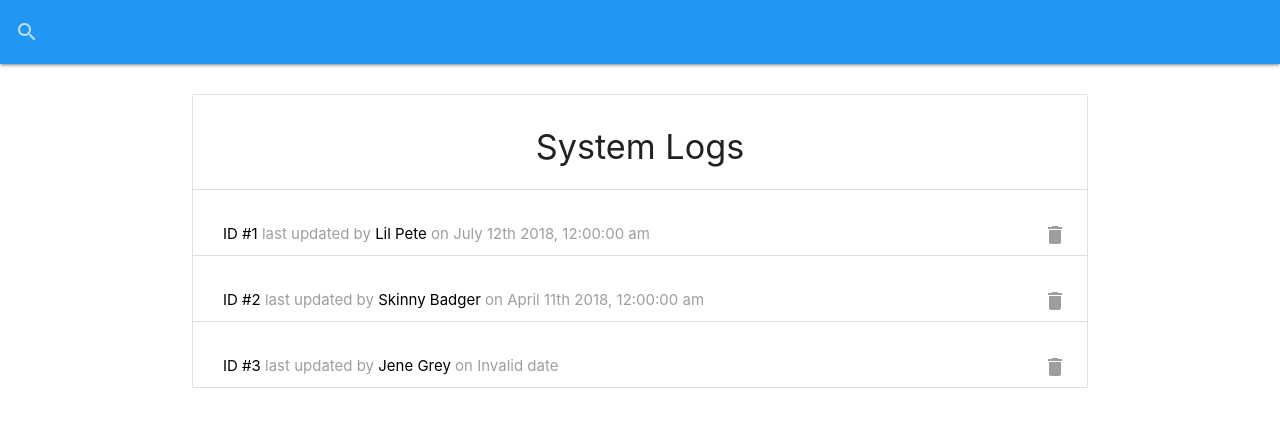
Repository: chinmayparab/log-keeper
Page: /
These files come from the project's save history. The page is drawn as it stood at one moment and after the next save; the edit follows.
The browser window is 1280 px wide. The pictures show the whole page.
The project was rebuilt for these pictures with package versions that can differ from the ones it lists, and the page was loaded fresh each time. Requests to the local data server were answered from the project's data file. Also part of the build but not shown: src/App.css.

Above is the page before, as saved 2020-06-27 00:47:58.

### public/index.html
<!DOCTYPE html>
<html lang="en">
  <head>
    <meta charset="utf-8" />
    <link rel="icon" href="%PUBLIC_URL%/favicon.ico" />
    <meta name="viewport" content="width=device-width, initial-scale=1" />
    <meta name="theme-color" content="#000000" />
    <meta
      name="description"
      content="Web site created using create-react-app"
    />
    <link rel="apple-touch-icon" href="%PUBLIC_URL%/logo192.png" />
    <link
      href="https://fonts.googleapis.com/icon?family=Material+Icons"
      rel="stylesheet"
    />
    <link rel="manifest" href="%PUBLIC_URL%/manifest.json" />
    <title>System Logger</title>
  </head>
  <body>
    <noscript>You need to enable JavaScript to run this app.</noscript>
    <div id="root"></div>
  </body>
</html>

### src/App.js
import React, { Fragment, useEffect } from "react";
import SearchBar from "./components/layout/SearchBar";
import Logs from "./components/logs/Logs";
import "materialize-css/dist/css/materialize.min.css";
import M from "materialize-css/dist/js/materialize.min.js";
import "./App.css";

const App = () => {
  useEffect(() => {
    M.AutoInit();
  });

  return (
    <Fragment>
      <SearchBar />
      <div className='container'>
        <Logs />
      </div>
    </Fragment>
  );
};

export default App;

### src/components/layout/SearchBar.js
import React from "react";

const SearchBar = () => {
  return (
    <nav style={{ marginBottom: "30px" }} className='blue'>
      <div className='nav-wrapper'>
        <form>
          <div className='input-field'>
            <input id='search' type='search' />
            <label className='label-icon' htmlFor='search'>
              <i className='material-icons'>search</i>
            </label>
            <i className='material-icons'>close</i>
          </div>
        </form>
      </div>
    </nav>
  );
};

export default SearchBar;

### src/components/logs/Logs.js
import React, { useState, useEffect } from "react";
import LogItem from "./LogItem";
import Preloader from "../layout/Preloader";

const Logs = () => {
  const [logs, setLogs] = useState([]);
  const [loading, setLoading] = useState(false);

  useEffect(() => {
    getLogs();
    //eslint-disable-next=line
  }, []);

  const getLogs = async () => {
    setLoading(true);
    const res = await fetch("/logs");
    const data = await res.json();

    setLogs(data);
    setLoading(false);
  };

  if (loading) {
    return <Preloader />;
  }

  return (
    <div>
      <ul className='collection with-header'>
        <li className='collection-header'>
          <h4 className='center'>System Logs</h4>
        </li>
        {!loading && logs.length === 0 ? (
          <p className='center'>No logs to show...</p>
        ) : (
          logs.map((log) => <LogItem log={log} key={log.id} />)
        )}
      </ul>
    </div>
  );
};

export default Logs;

### src/components/logs/LogItem.js
import React from "react";
import Moment from "react-moment";
import PropTypes from "prop-types";

const LogItem = ({ log }) => {
  return (
    <li className='collection-item'>
      <div>
        <a
          href='#edit-log-modal'
          className={`modal-trigger ${
            log.attention ? "red-text" : "blue-text"
          }`}
        >
          {log.messages}
        </a>
        <br />
        <span className='grey-text'>
          <span className='black-text'>ID #{log.id}</span> last updated by {""}
          <span className='black-text'>{log.tech}</span> on{" "}
          <Moment format='MMMM Do YYYY, h:mm:ss a'>{log.date}</Moment>
        </span>
        <a href='#!' className='secondary-content'>
          <i className='material-icons grey-text'>delete</i>
        </a>
      </div>
    </li>
  );
};

LogItem.propTypes = {
  log: PropTypes.object.isRequired,
};

export default LogItem;

### src/components/layout/Preloader.js
import React from "react";

const Preloader = () => {
  return (
    <div className='progress blue lighten-4'>
      <div className='indeterminate blue'></div>
    </div>
  );
};

export default Preloader;

### db.json
{
  "logs": [
    {
      "id": 1,
      "message": "Changed stuff",
      "attention": false,
      "date": "07-12-2018",
      "tech": "Lil Pete"
    },
    {
      "id": 2,
      "message": "Didint do shiz",
      "attention": true,
      "date": "04-11-2018",
      "tech": "Skinny Badger"
    },
    {
      "id": 3,
      "message": "Modified and edited stuff",
      "attention": true,
      "date": "27-12-2018",
      "tech": "Jene Grey"
    }
  ],
  "techs": [
    {
      "id": 1,
      "firstName": "Lil",
      "lastName": "Pete"
    },
    {
      "id": 3,
      "firstName": "Skinny",
      "lastName": "Badger"
    },
    {
      "id": 3,
      "firstName": "Jene",
      "lastName": "Grey"
    }
  ]
}

Loaded but not shown: src/index.js (common file)

After the next save:
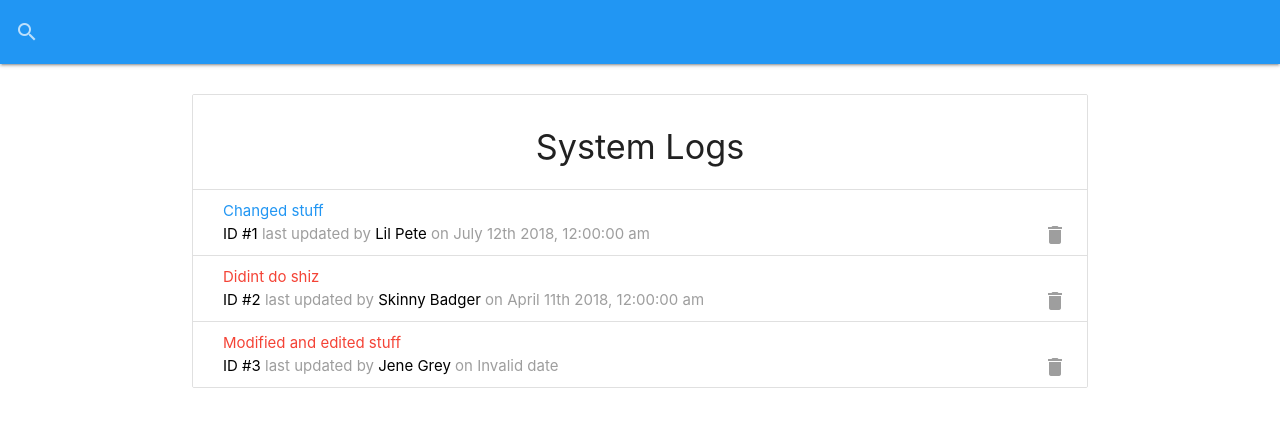
Saved 13 s later.
--- a/src/components/logs/LogItem.js
+++ b/src/components/logs/LogItem.js
@@ -12,7 +12,7 @@ const LogItem = ({ log }) => {
             log.attention ? "red-text" : "blue-text"
           }`}
         >
-          {log.messages}
+          {log.message}
         </a>
         <br />
         <span className='grey-text'>
